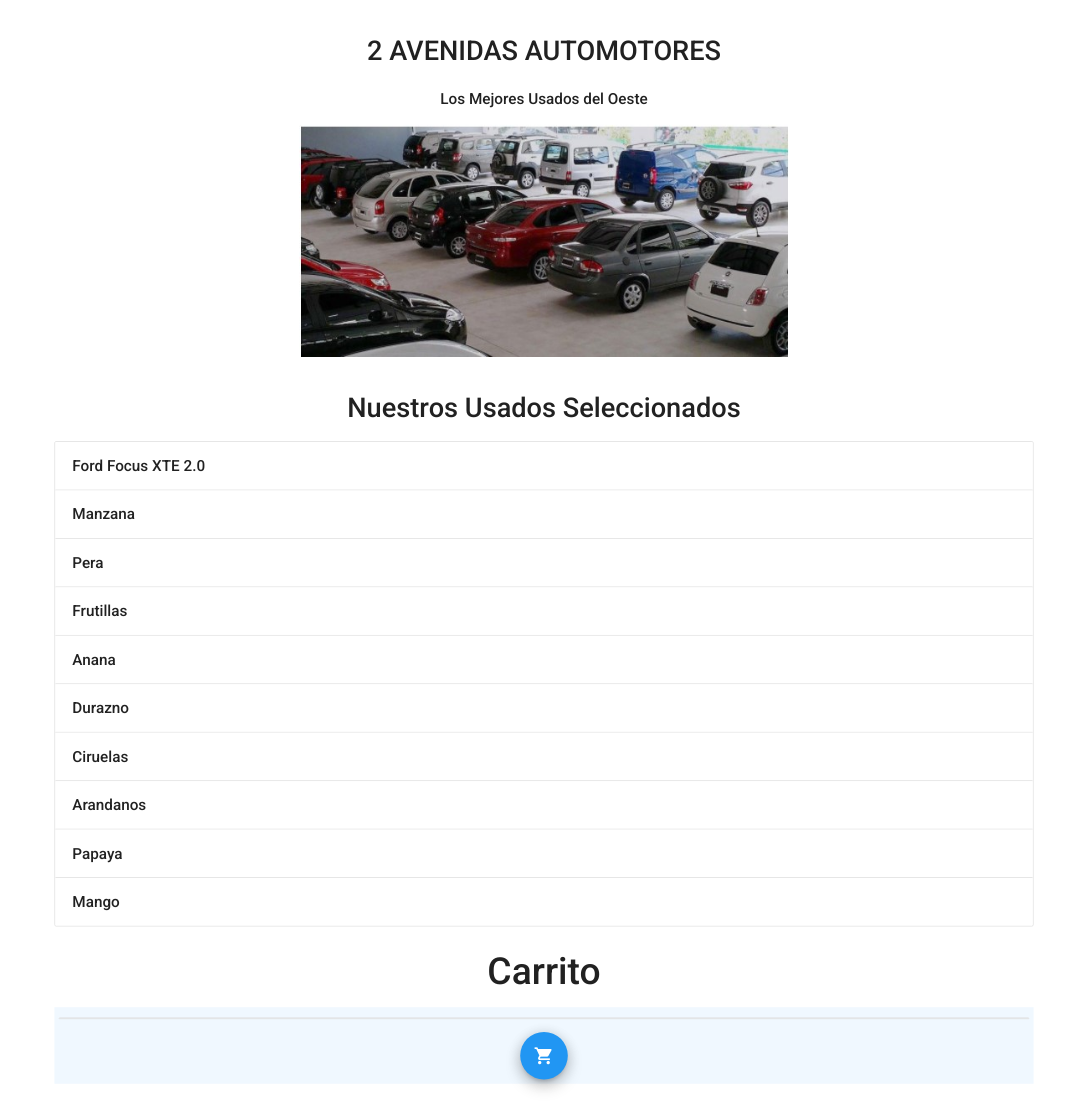
Repository: gadiazsaavedra/SimuladorInteractiv-14-03
Page: index.html
An editor plug-in stored every save of this project. The page is shown before and after a run of saves, followed by the edit.
The browser window is 1280 px wide. The pictures show the whole page, at 85% of full size.

Above is the page before, as saved 2022-03-15 10:28:53.

After the next 6 saves:
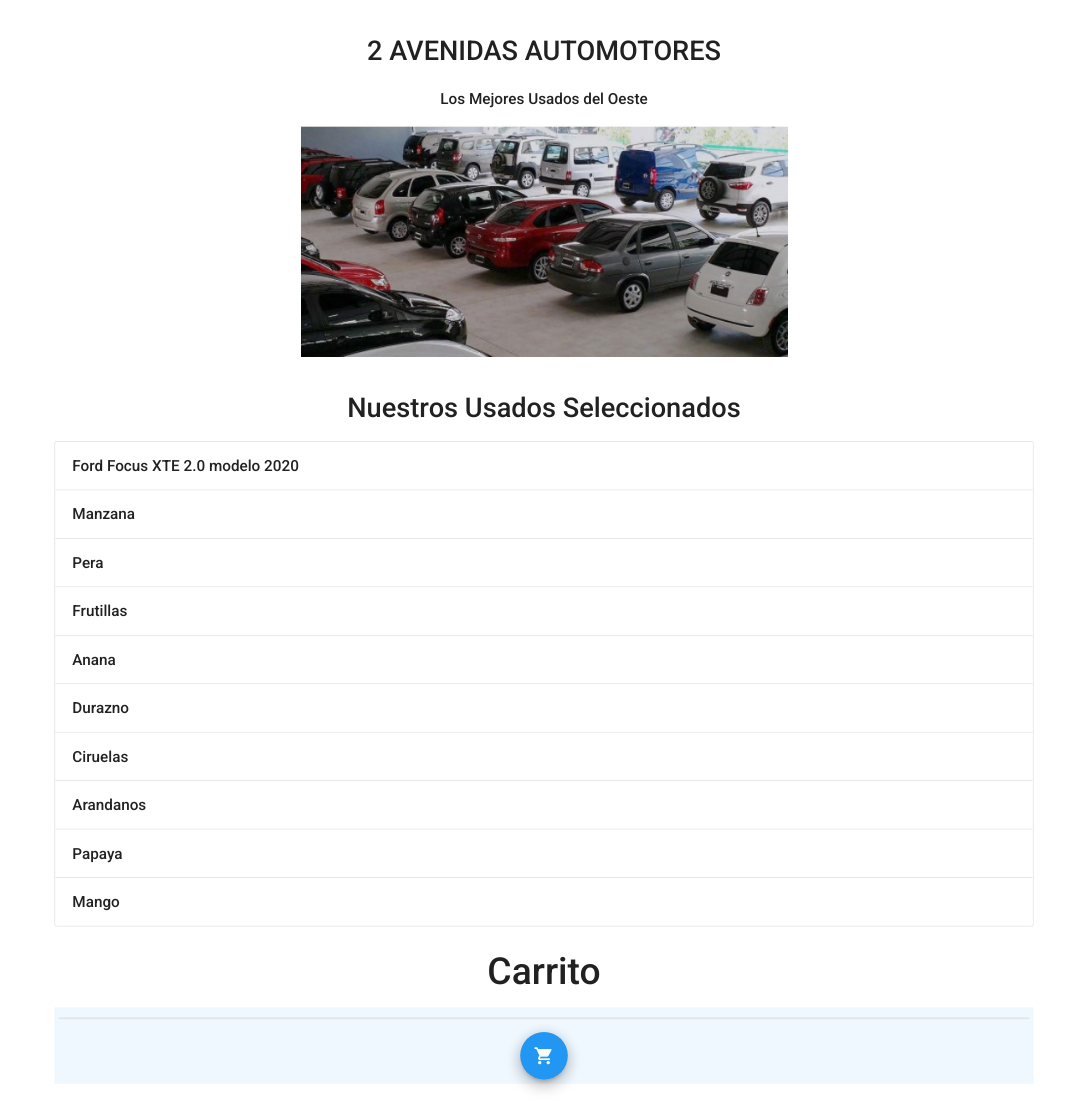
The 6 saves are shown as one change because they came seconds apart.
The last was saved 17 s later.
--- a/js/variables.js
+++ b/js/variables.js
@@ -1,5 +1,5 @@
 // const productos = ['Motherboard ATX Intel', 'Memoria RAM 4 GB DDR3', 'Hard Disk 80 GB SEAGATE', 'Monitor Viewsonic .31', 'Case Babytower', 'Fuente 100~240 ATX 5 AMP']
-const productos = ['Ford Focus XTE 2.0', 'Manzana', 'Pera', 'Frutillas', 'Anana', 'Durazno', 'Ciruelas', 'Arandanos', 'Papaya', 'Mango']
+const productos = ['Ford Focus XTE 2.0 modelo 2020', 'Manzana', 'Pera', 'Frutillas', 'Anana', 'Durazno', 'Ciruelas', 'Arandanos', 'Papaya', 'Mango']
 const carrito = []
 
 const titulo = document.getElementById("titulo")
